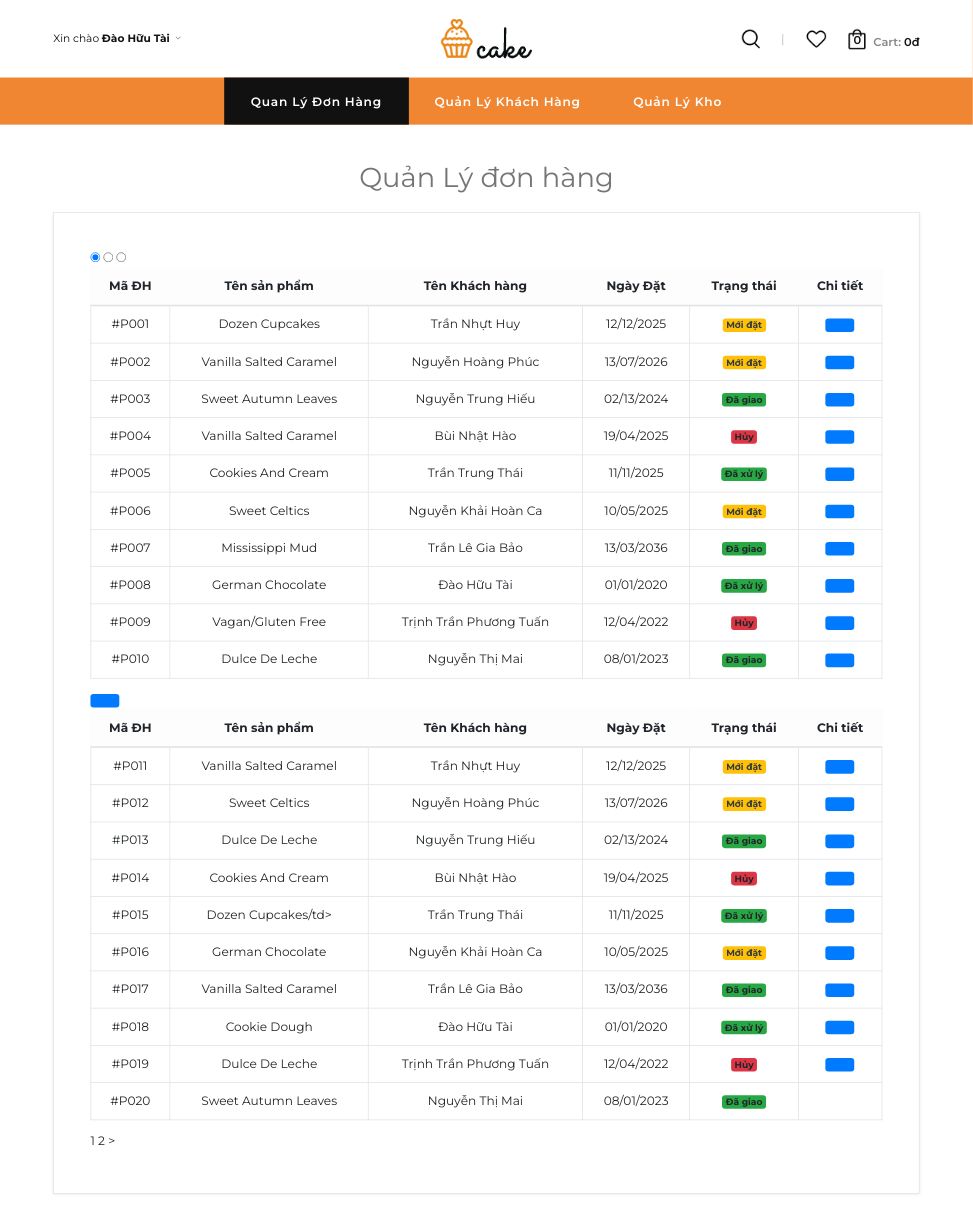
Repository: nhanto2n-byte/Nhom10ChieuThu3
Page: ProjectWeb/cake-main/admin_product.html
These files come from the project's save history. The page is drawn as it stood at one moment and after the next save; the edit follows.
The browser window is 1280 px wide. The pictures show the whole page, at 76% of full size.

Above is the page before, as saved 2025-10-28 11:08:50.

After the next save:
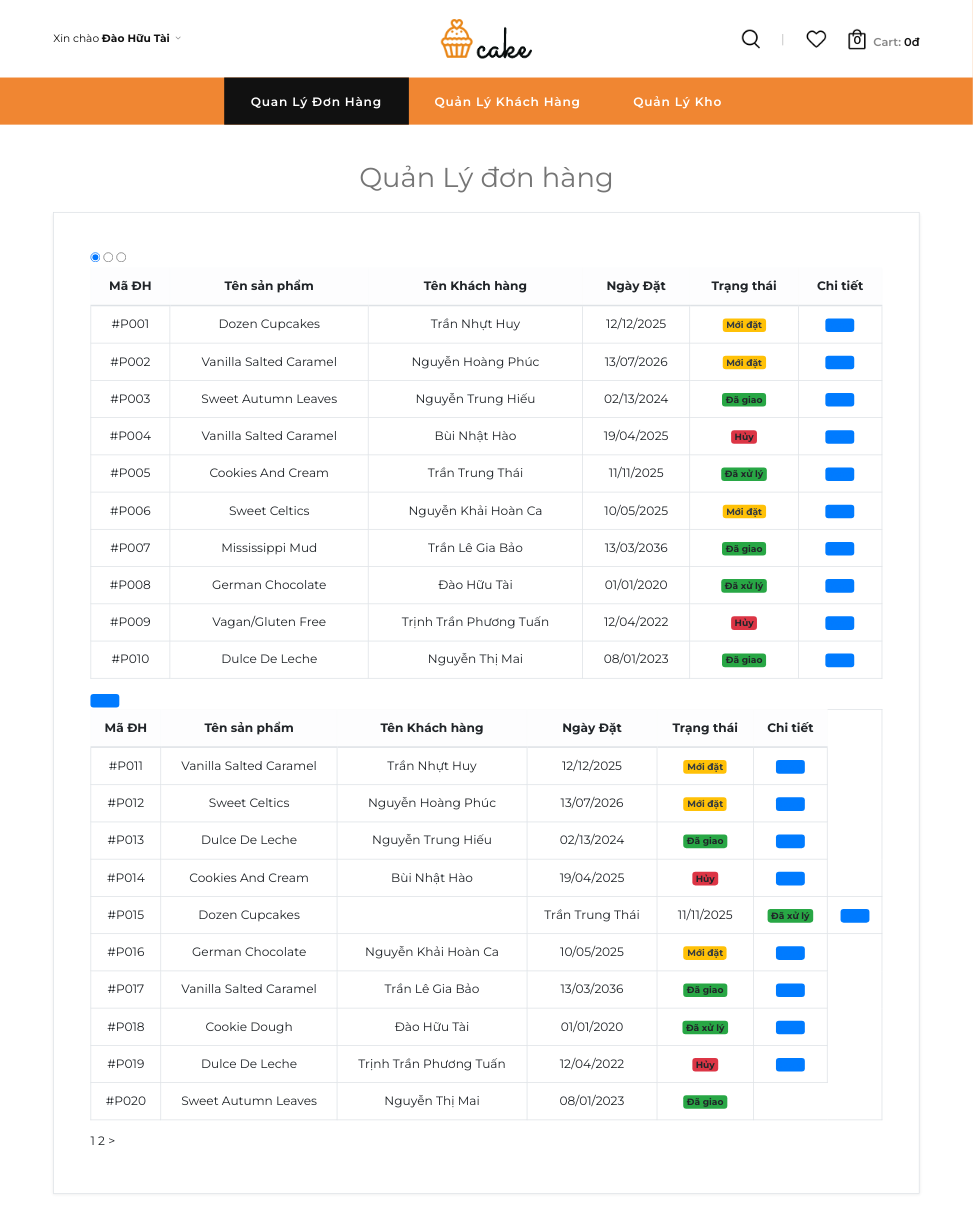
Saved 35 s later.
--- a/ProjectWeb/cake-main/admin_product.html
+++ b/ProjectWeb/cake-main/admin_product.html
@@ -450,7 +450,7 @@
 
                 <tr>
                   <td>#P015</td>
-                  <td>Dozen Cupcakes/td>
+                  <td>Dozen Cupcakes<td>
                   <td>Trần Trung Thái</td>
                   <td>11/11/2025</td>
                   <td>

After the save that followed:
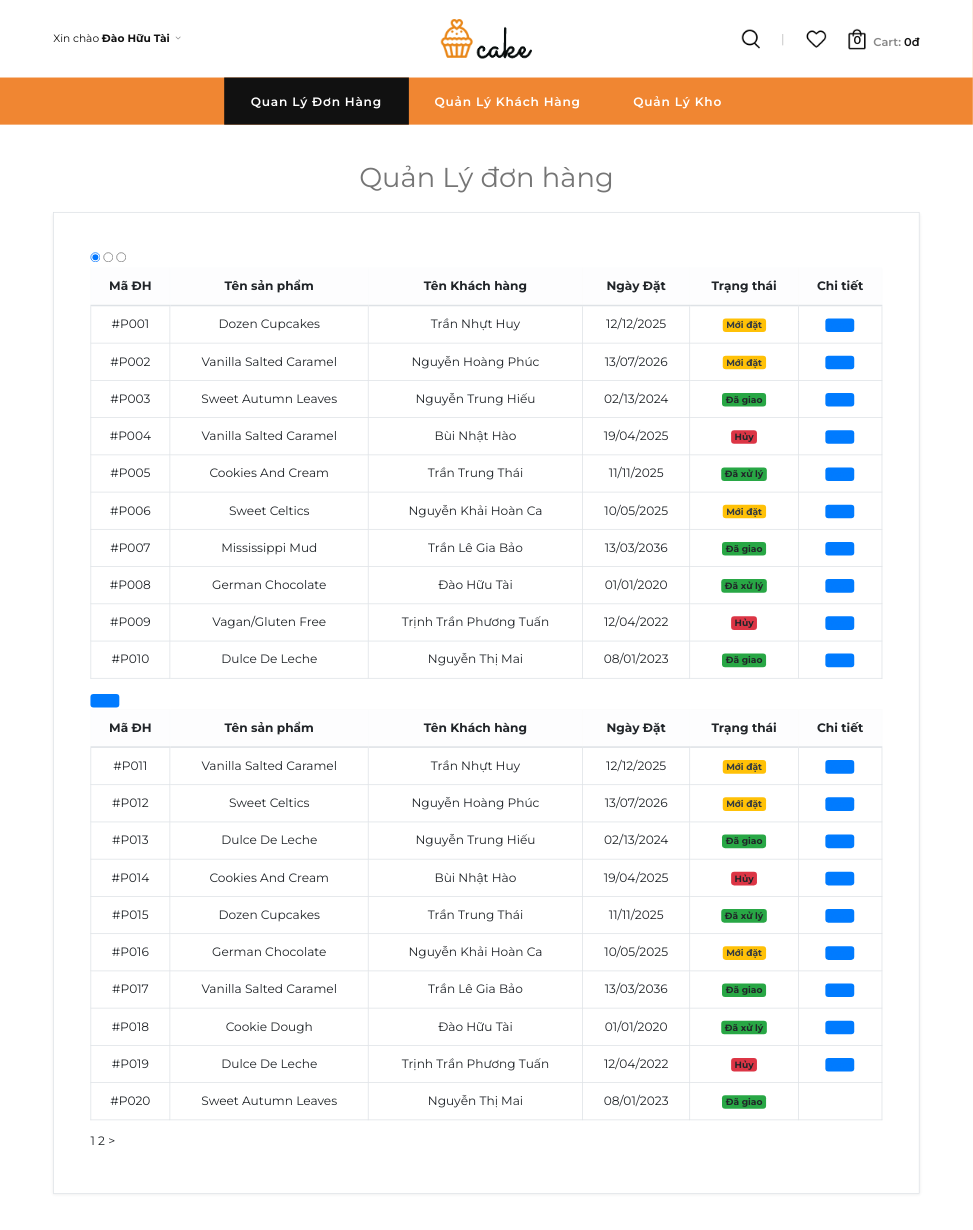
Saved 31 s later.
--- a/ProjectWeb/cake-main/admin_product.html
+++ b/ProjectWeb/cake-main/admin_product.html
@@ -450,7 +450,7 @@
 
                 <tr>
                   <td>#P015</td>
-                  <td>Dozen Cupcakes<td>
+                  <td>Dozen Cupcakes</td>
                   <td>Trần Trung Thái</td>
                   <td>11/11/2025</td>
                   <td>
